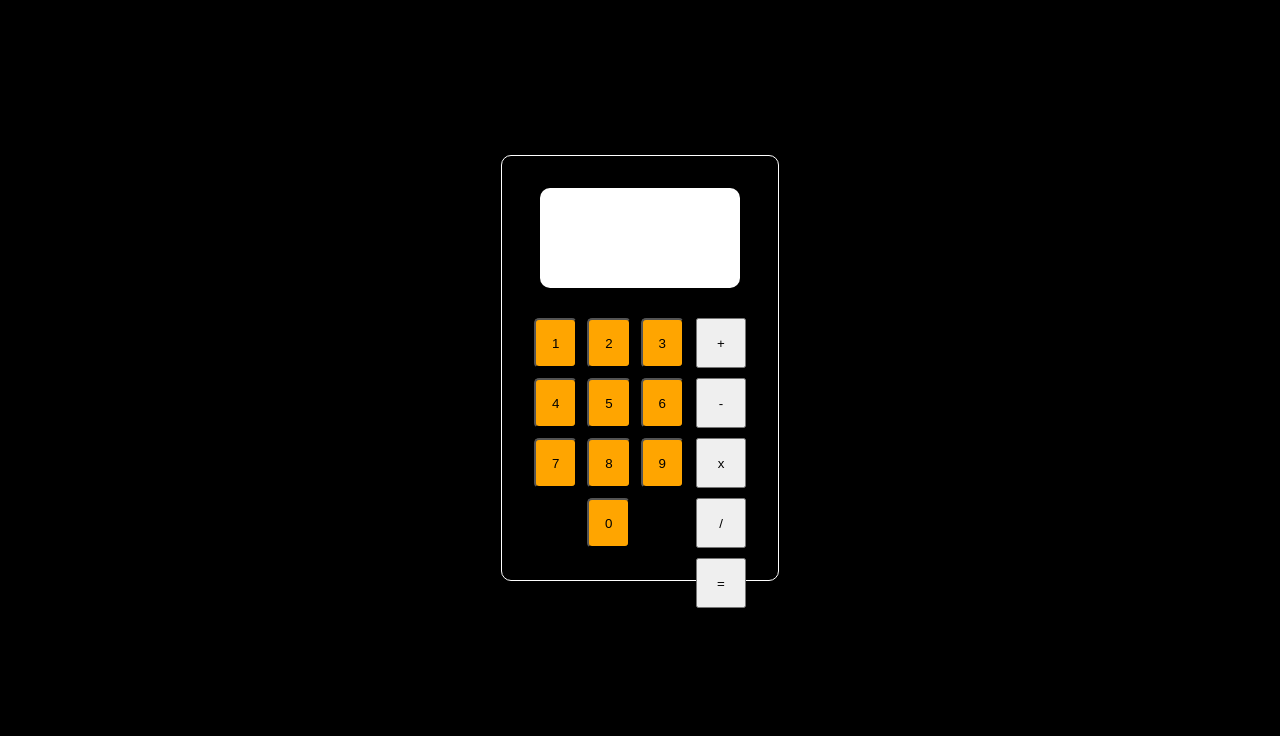
Repository: askan-ken/Simple-calculator
Page: index.html
The author's editor kept a copy of each file at every save. The page is drawn from the files as they stood at one save, then again after a run of saves.
The browser window is 1280 px wide. The pictures show the whole page.

Above is the page before, as saved 2023-02-17 05:10:07.
Console error: TypeError: Cannot read properties of null (reading 'addEventListener')

After the next 3 saves:
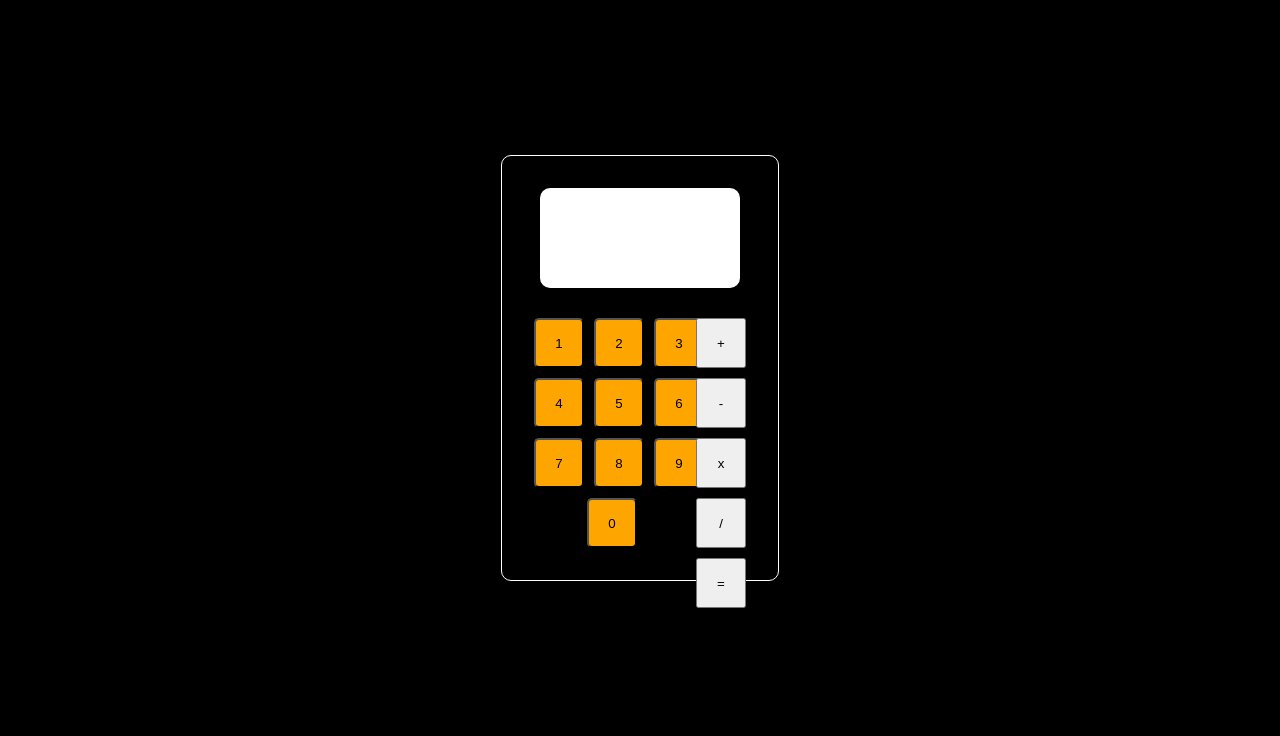
The 3 saves are shown as one change because they came seconds apart.
The last was saved 40 s later.
--- a/style.css
+++ b/style.css
@@ -31,7 +31,7 @@
 }
 .number {
   display: grid;
-  grid-template-columns: repeat(3, 1fr);
+  grid-template-columns: repeat(3, 50px);
   grid-template-rows: repeat(4, 50px);
   grid-column-gap: 10px;
   grid-row-gap: 10px;
